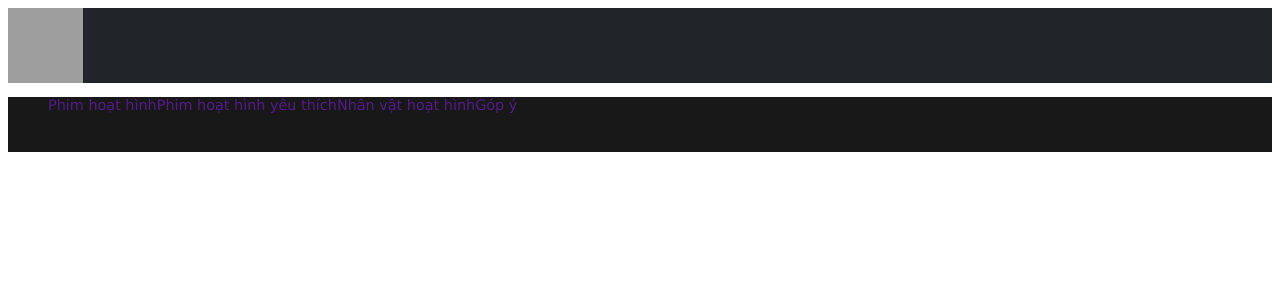
Repository: congle98/CSS_WebXemPhimYoutube
Page: index.html
These files come from the project's save history. The page is drawn as it stood at one moment and after a run of saves; the edit follows.
The browser window is 1280 px wide. The pictures show the whole page.
Pictures or frames that could not be fetched are drawn as grey boxes.

Above is the page before, as saved 2021-05-26 17:09:11.

### index.html
<!DOCTYPE html>
<html lang="en">
<head>
    <meta charset="UTF-8">
    <meta http-equiv="X-UA-Compatible" content="IE=edge">
    <meta name="viewport" content="width=device-width, initial-scale=1.0">
    <title>Document</title>
    <style>
        body{
            font-family: Verdana,sans-serif;
            font-size: 0.9em;
        }
        .col-1 {width: 8.33%;}
        .col-2 {width: 16.66%;}
        .col-3 {width: 25%;}
        .col-4 {width: 33.33%;}
        .col-5 {width: 41.66%;}
        .col-6 {width: 50%;}
        .col-7 {width: 58.33%;}
        .col-8 {width: 66.66%;}
        .col-9 {width: 75%;}
        .col-10 {width: 83.33%;}
        .col-11 {width: 91.66%;}
        .col-12 {width: 100%;}
        .header{
            position: relative;
            background-color: #212529;
            height:75px;
        }
        .header-logo{
            position: absolute;
        }
        .header-logo img{
            width: 75px;
            height: 75px;
        }
        .head-link{
            height: 55px;
            background-color:#181818;
        }
        .header-link-item{
            display: inline-block;
        }
        .header-link-list{
            display: flex;
            justify-content:
        }
        .header-link-item a{
            text-decoration: none;
        }

    </style>
</head>
<body>
    <div class="header col-12">
        <div class="header-logo">
            <img src="/img/logo.png" alt="not fount">
        </div>
    </div>
    <div class="head-link col-12">
        <ul class="header-link-list">
            <li class="header-link-item"><a href="">Phim hoạt hình</a></li>
            <li class="header-link-item"><a href="">Phim hoạt hình yêu thích</a></li>
            <li class="header-link-item"><a href="">Nhân vật hoạt hình</a></li>
            <li class="header-link-item"><a href="">Góp ý</a></li>
        </ul>
    </div>
    <div class="content">

    </div>
    <div class="footer">

    </div>
</body>
</html>

After the next 2 saves:
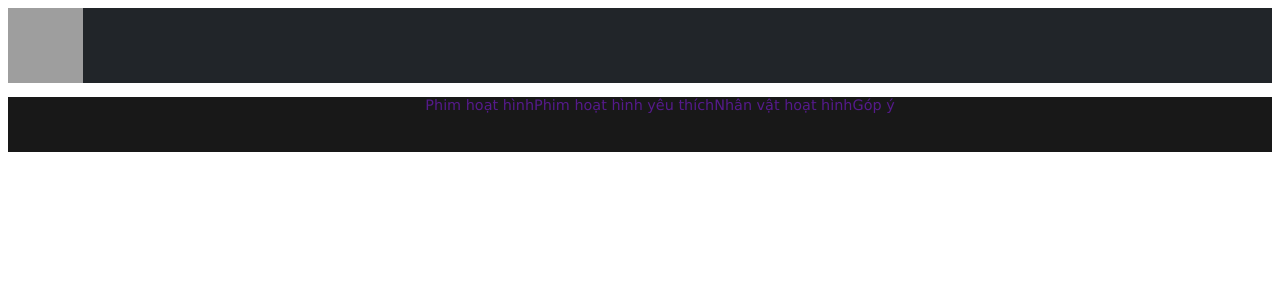
The 2 saves are shown as one change because they came seconds apart.
The last was saved 12 s later.
--- a/index.html
+++ b/index.html
@@ -43,7 +43,7 @@
         }
         .header-link-list{
             display: flex;
-            justify-content:
+            justify-content:center;
         }
         .header-link-item a{
             text-decoration: none;
